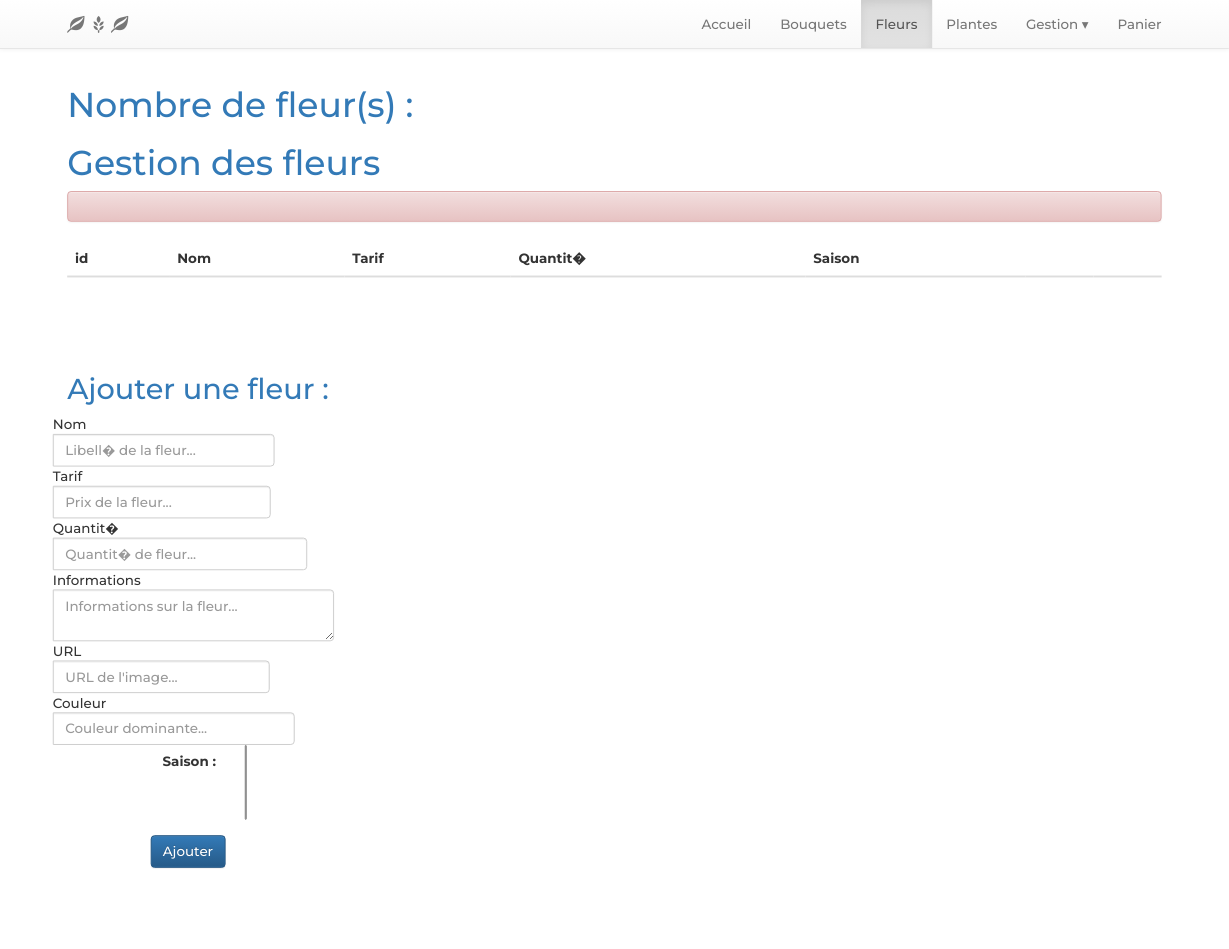
Repository: JeremT8/JavaFleuristeProject
Page: tp-fleuriste/src/main/webapp/bouquet-detail.html
These files come from the project's save history. The page is drawn as it stood at one moment and after the next save; the edit follows.
The browser window is 1280 px wide. The pictures show the whole page, at 96% of full size.
Some web libraries are served in a nearby version.

Above is the page before, as saved 2022-05-18 08:27:08.

### tp-fleuriste/src/main/webapp/bouquet-detail.html
<!DOCTYPE html>
<html>
<head>
<meta charset="UTF-8">
<title>Flow Hearts</title>
<link rel="stylesheet"
	href="https://maxcdn.bootstrapcdn.com/bootstrap/3.3.7/css/bootstrap.min.css">
<link rel="stylesheet"
	href="https://maxcdn.bootstrapcdn.com/bootstrap/3.3.7/css/bootstrap-theme.min.css">
<script
	src="https://ajax.googleapis.com/ajax/libs/jquery/3.1.1/jquery.min.js"></script>
<script
	src="https://maxcdn.bootstrapcdn.com/bootstrap/3.3.7/js/bootstrap.min.js"></script>
<link rel="apple-touch-icon" sizes="76x76" href="/apple-touch-icon.png">
<link rel="icon" type="image/png" sizes="32x32"
	href="/favicon-32x32.png">
<link rel="icon" type="image/png" sizes="16x16"
	href="/favicon-16x16.png">
<link rel="manifest" href="/site.webmanifest">
<link rel="mask-icon" href="/safari-pinned-tab.svg" color="#5bbad5">
<meta name="msapplication-TileColor" content="#da532c">
<meta name="theme-color" content="#ffffff">
<link rel="stylesheet" href="css/commun.css">
<link rel="preconnect" href="https://fonts.googleapis.com">
<link rel="preconnect" href="https://fonts.gstatic.com" crossorigin>
<link href="https://fonts.googleapis.com/css2?family=Montserrat:wght@300;500;700&display=swap" rel="stylesheet">

</head>
<body>
	<nav class="navbar navbar-default navbar-fixed-top">
		<div class="container">
			<div class="navbar-header">
				<a href="index.html" class="navbar-brand active"> <span
					class="glyphicon glyphicon-leaf rotate-leaf"></span> <span
					class="glyphicon glyphicon-grain"></span> <span
					class="glyphicon glyphicon-leaf"></span>
				</a>
				<button class="navbar-toggle" type="button" data-toggle="collapse"
					data-target="#navbar-main">
					<span class="icon-bar"></span> <span class="icon-bar"></span> <span
						class="icon-bar"></span>
				</button>
			</div>
			<div class="navbar-collapse collapse" id="navbar-main">
				<ul class="nav navbar-nav navbar-right">
					<li><a href="index.html">Accueil</a></li>
					<li><a href="bouquets.html">Bouquets</a></li>
					<li class="active"><a href="fleurs.html">Fleurs</a></li>
					<li><a href="plantes.html">Plantes</a></li>
					<li class="nav-item dropdown"><a
						class="nav-link dropdown-toggle" href="#" id="navbarDropdown"
						role="button" data-toggle="dropdown" aria-haspopup="true"
						aria-expanded="false"> Gestion ▾ </a>
						<div class="dropdown-menu" aria-labelledby="navbarDropdown">
							<a class="dropdown-item" href="plantes.html">Plantes</a>
							<div class="dropdown-divider"></div>
							<a class="dropdown-item" href="fleurs.html">Fleurs</a>
							<div class="dropdown-divider"></div>
							<a class="dropdown-item" href="bouquets.html">Bouquets</a>
							<div class="dropdown-divider"></div>
							<a class="dropdown-item" href="saisons.html">Saisons</a>
							<div class="dropdown-divider"></div>
							<a class="dropdown-item" href="styles.html">Styles</a>
						</div></li>
					<li><a  href="panier.html"> Panier</a></li>
				</ul>
			</div>
		</div>
	</nav>
<body>
	<div class="container">
		<h1 class="bleu">
			Nombre de fleur(s) : <span id="nbFleur"></span>
		</h1>
		<h1 class="bleu">Gestion des fleurs</h1>

		<div class="alert alert-danger d-none" id="errorFleurs"></div>

		<table class="table table-hover table-striped">
			<thead>
				<tr>
					<th>id</th>
					<th>Nom</th>
					<th>Tarif</th>
					<th>Quantit�</th>
					<th>Saison</th>
					<th>&nbsp;</th>
					<th>&nbsp;</th>
				</tr>
			</thead>
			<tbody id="tbodyliste">
			</tbody>

		</table>

		<br> <br> <br>
		<h2 class="bleu">Ajouter une fleur :</h2>
		<div>
			<form class="form-horizontal">
				<div class="form-group">
					<div class="input-group mb-3">
						<span class="input-group-text">Nom</span> <input type="text"
							id="nomFleur" class="form-control"
							placeholder="Libell� de la fleur..." aria-label="Username"
							aria-describedby="basic-addon1">
					</div>
					<div class="input-group mb-3">
						<span class="input-group-text">Tarif</span> <input type="number"
							id="tarifFleur" class="form-control"
							placeholder="Prix de la fleur..." aria-label="Username"
							aria-describedby="basic-addon1">
					</div>
					<div class="input-group mb-3">
						<span class="input-group-text">Quantit�</span> <input
							type="number" id="quantiteFleur" class="form-control"
							placeholder="Quantit� de fleur..." aria-label="Username"
							aria-describedby="basic-addon1">
					</div>
					<div class="input-group mb-3">
						<span class="input-group-text">Informations</span>
						<textarea class="form-control" id="infoFleur"
							placeholder="Informations sur la fleur..."
							aria-label="With textarea"></textarea>
					</div>
					<div class="input-group mb-3">
						<span class="input-group-text">URL</span> <input type="text"
							id="urlImageFleur" class="form-control"
							placeholder="URL de l'image..." aria-label="Username"
							aria-describedby="basic-addon1">
					</div>
					<div class="input-group mb-3">
						<span class="input-group-text">Couleur</span> <input
							type="text" id="couleurFleur" class="form-control"
							placeholder="Couleur dominante..." aria-label="Username"
							aria-describedby="basic-addon1">
					</div>
					<div class="form-group">
						<label for="saison" class="col-xs-2 control-label">Saison
							:</label>
						<div class="col-xs-10">
							<select id="saison" class="form-select" multiple aria-label="multiple select example">

							</select>
						</div>
					</div>

					<div class="col-xs-2 mt-2">
						<button type="button" id="bAjoutFleur"
							class="btn btn-primary pull-right mt-2">Ajouter</button>
					</div>
				</div>

			</form>
		</div>
	</div>
</body>
</html>

### tp-fleuriste/src/main/webapp/css/commun.css
body {
	padding-top: 70px;
	padding-bottom: 70px;
	font-family: 'Montserrat', sans-serif !important;

}

.navbar-foot {
	width: 100%;
}

.rouge {
	color: red;
}

.vert {
	color: green;
}

.bleu, .glyphicon-shopping-cart {
	color: #337ab7;
}
.gros{
	font-size: 1.0em;
	padding-left: 15px;
	padding-right: 15px;
}
.glyphicon-menu-up, .glyphicon-menu-down{
	font-size: 0.7em;
}
.supp, .modif, .tri{
/* 	cursor:crosshair;	 */
	cursor:pointer;
}

textarea.noresize{
	resize: none;
}

#map{
	width : 100%;
	height : 400px;
	border : 1px solid #337ab7;
}

.icon-flipped {
transform: scaleX(-1);
-moz-transform: scaleX(-1);
-webkit-transform: scaleX(-1);
-ms-transform: scaleX(-1);
}


.bottle{
	display: inline-block !important;
}

a.dropdown-item {
	color: black;
	text-decoration: none;
	width:100%;
	margin: 4% auto;
}

.open > .dropdown-menu  {
	display: flex;
	flex-wrap: wrap;
	flex-direction: column;
	text-align: center;
	letter-spacing: 2px;
}


.input-form {
	margin:0.8em;
}

After the next save:
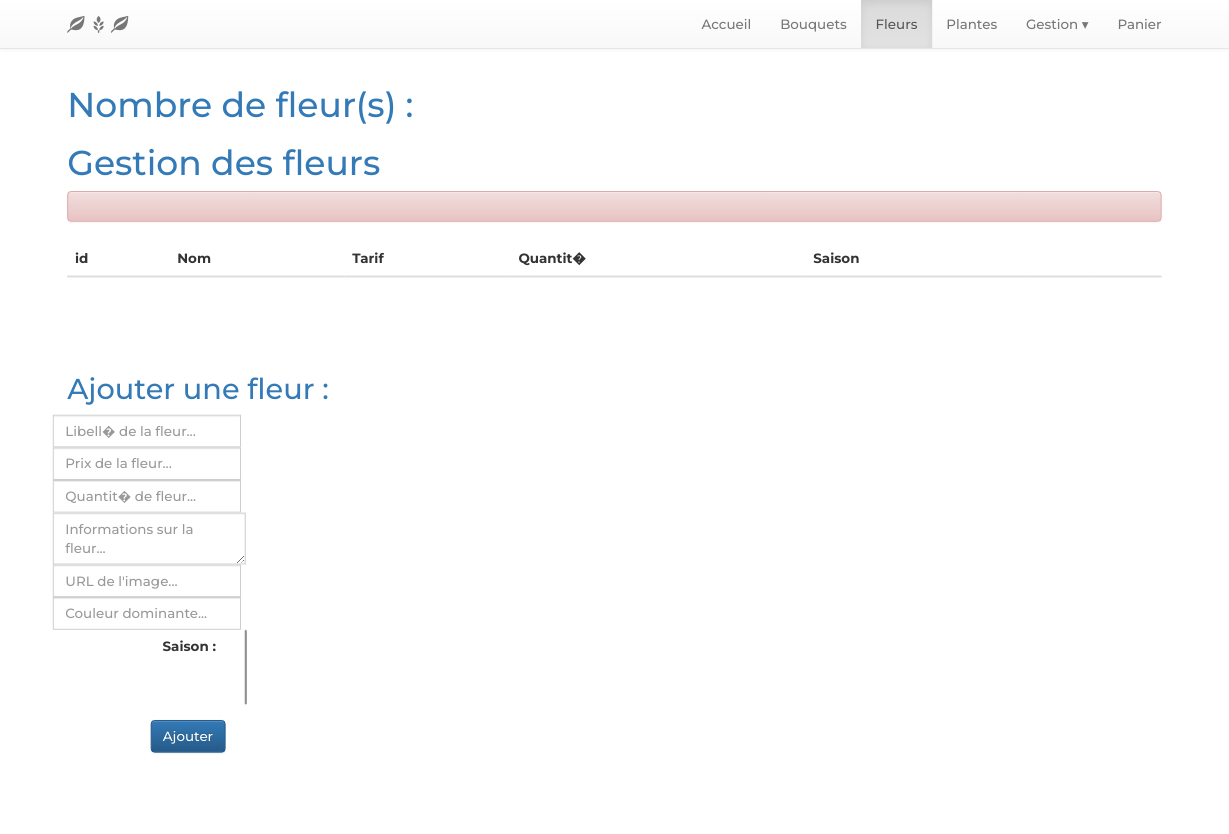
Saved 96 s later.
--- a/tp-fleuriste/src/main/webapp/bouquet-detail.html
+++ b/tp-fleuriste/src/main/webapp/bouquet-detail.html
@@ -99,37 +99,37 @@
 			<form class="form-horizontal">
 				<div class="form-group">
 					<div class="input-group mb-3">
-						<span class="input-group-text">Nom</span> <input type="text"
+						<input type="text"
 							id="nomFleur" class="form-control"
 							placeholder="Libell� de la fleur..." aria-label="Username"
 							aria-describedby="basic-addon1">
 					</div>
 					<div class="input-group mb-3">
-						<span class="input-group-text">Tarif</span> <input type="number"
+						<input type="number"
 							id="tarifFleur" class="form-control"
 							placeholder="Prix de la fleur..." aria-label="Username"
 							aria-describedby="basic-addon1">
 					</div>
 					<div class="input-group mb-3">
-						<span class="input-group-text">Quantit�</span> <input
+						<input
 							type="number" id="quantiteFleur" class="form-control"
 							placeholder="Quantit� de fleur..." aria-label="Username"
 							aria-describedby="basic-addon1">
 					</div>
 					<div class="input-group mb-3">
-						<span class="input-group-text">Informations</span>
+
 						<textarea class="form-control" id="infoFleur"
 							placeholder="Informations sur la fleur..."
 							aria-label="With textarea"></textarea>
 					</div>
 					<div class="input-group mb-3">
-						<span class="input-group-text">URL</span> <input type="text"
+						<input type="files"
 							id="urlImageFleur" class="form-control"
 							placeholder="URL de l'image..." aria-label="Username"
 							aria-describedby="basic-addon1">
 					</div>
 					<div class="input-group mb-3">
-						<span class="input-group-text">Couleur</span> <input
+						<input
 							type="text" id="couleurFleur" class="form-control"
 							placeholder="Couleur dominante..." aria-label="Username"
 							aria-describedby="basic-addon1">
